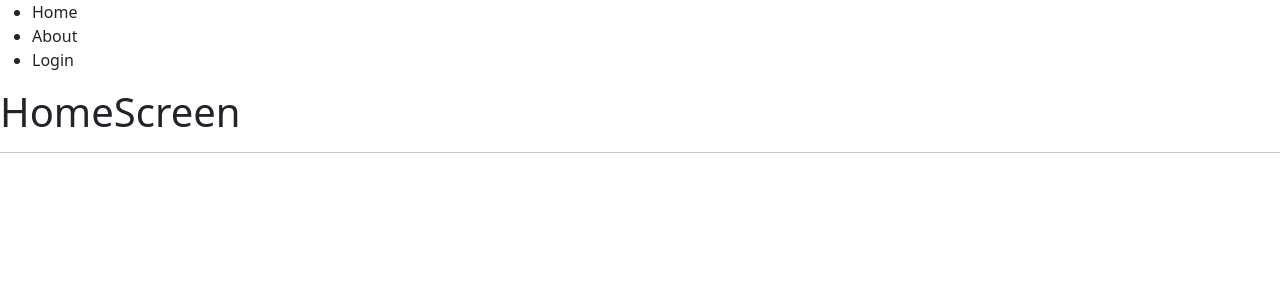
Repository: FlamesAlejandro/practicaReact
Page: /
The author's editor kept a copy of each file at every save. The page is drawn from the files as they stood at one save, then again after a run of saves.
The browser window is 1280 px wide. The pictures show the whole page.
The project was rebuilt for these pictures with package versions that can differ from the ones it lists, and the page was loaded fresh each time. Also part of the build but not shown: src/components/09-useContext/AboutScreen.js, src/components/09-useContext/LoginScreen.js.

Above is the page before, as saved 2021-06-05 06:07:18.

After the next 7 saves:
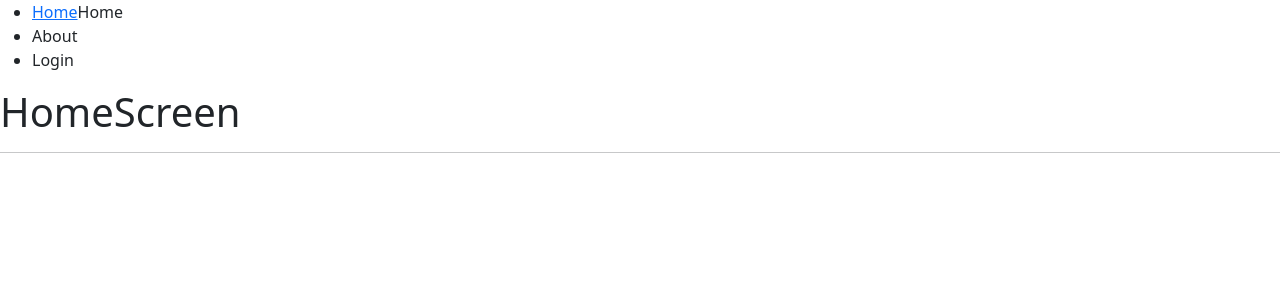
The 7 saves are shown as one change because 1 did not build or start and some came seconds apart.
The last was saved 20 s later.
--- a/src/components/09-useContext/NavBar.js
+++ b/src/components/09-useContext/NavBar.js
@@ -5,6 +5,7 @@ export const NavBar = () => {
         <nav>
             <ul>
                 <li>
+                    <a href="">Home</a>
                     Home</li>
                 <li>About</li>
                 <li>Login</li>
